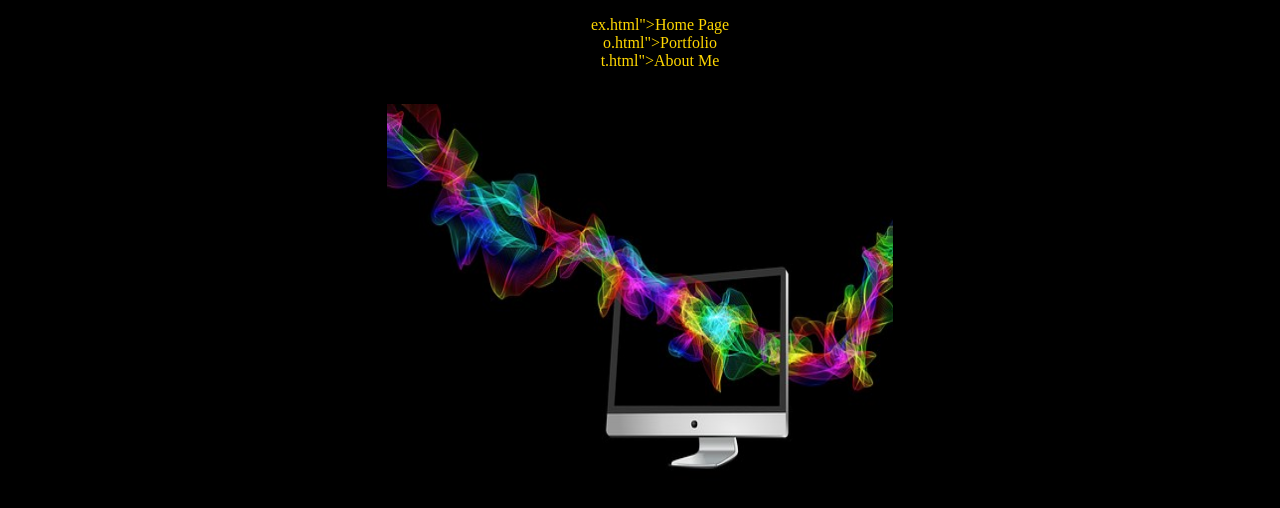
Repository: bluesyrupshed/bluesyrupshed.github.io
Page: index.html
The author's editor kept a record of every edit. The page is drawn from the files as they stood at one moment, then again after the next edit.
The browser window is 1280 px wide. The pictures show the whole page.

Above is the page before.

### index.html
<!DOCTYPE html>
<html>
    <head>
        <title>Home</title>
        <link rel="stylesheet" href="./styles/index.css">
        <link rel="shortcut icon" type="image/x-icon" href="computer favicon.png">
        </head>
    <body>
        <ul>
         <center><li><a href="ind<class="a">ex.html">Home Page</h1></a></li></center>
         <center><li><a href="portfoli<class="a">o.html">Portfolio</a></li></center>
          <center><li><a href="abou<class="a">t.html">About Me</a></li></center>
          </ul>
          <br>

         <style>

             a{color:"#FFD700");
         </style>

        <img src="smadel.jpg" alt="Computer with particles" width="400" height="400">
    </body>

</html>

### styles/index.css
body {
    background-color: rgb(0,0,0);
    list-style: none;
}

img {
  display: block;
  margin-left: auto;
  margin-right: auto;
  width: 40%;
}

a {
  color: #FFD700;
  text-decoration: none;
  text-align: center;
  margin: auto;
}

After the next edit:
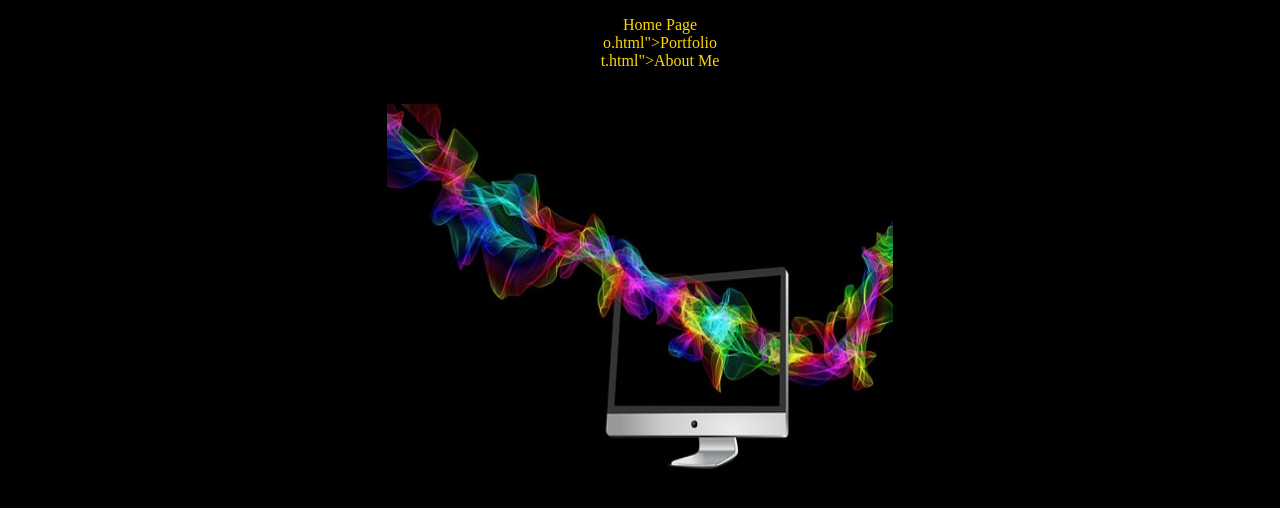
The edit:
--- a/index.html
+++ b/index.html
@@ -7,9 +7,9 @@
         </head>
     <body>
         <ul>
-         <center><li><a href="ind<class="a">ex.html">Home Page</h1></a></li></center>
-         <center><li><a href="portfoli<class="a">o.html">Portfolio</a></li></center>
-          <center><li><a href="abou<class="a">t.html">About Me</a></li></center>
+         <center><li><a href="index.html">Home <class="a">Page</h1></a></li></center>
+         <center><li><a href="portfoli<class="a">o.html">P<class="a">ortfolio</a></li></center>
+          <center><li><a href="abou<class="a">t.html"><class="a">About Me</a></li></center>
           </ul>
           <br>
 
